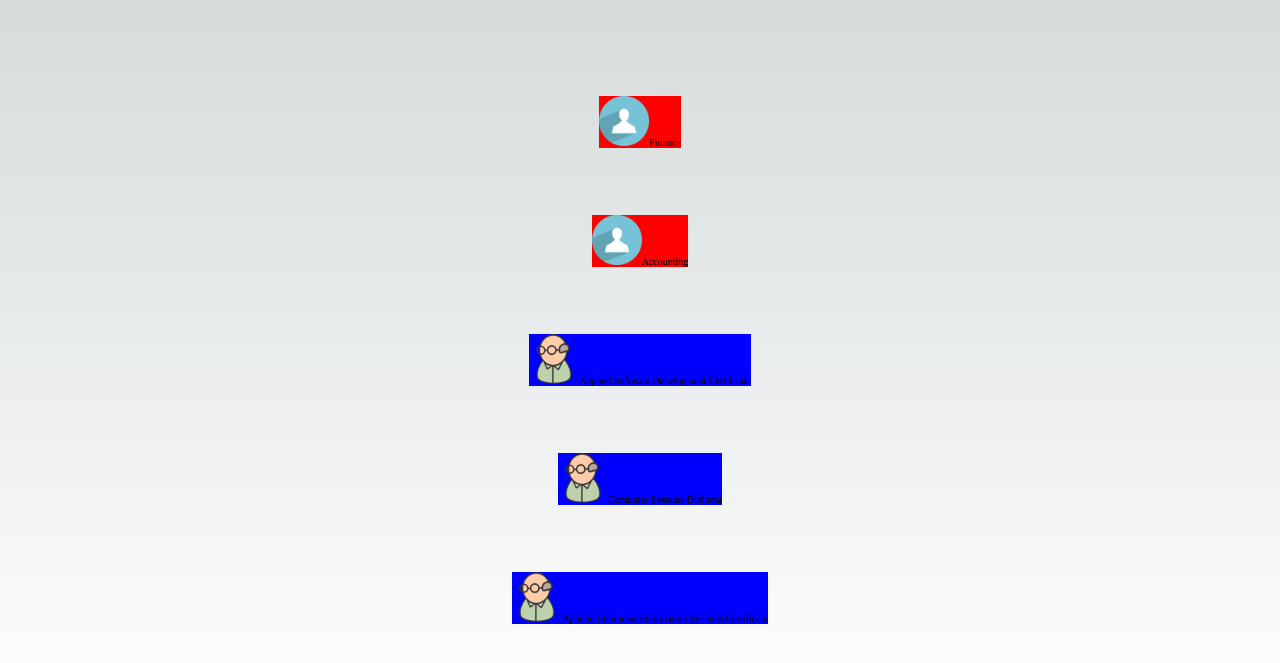
Repository: Aaron-Trippy/example-map-class-3
Page: /
These files come from the project's save history. The page is drawn as it stood at one moment and after the next save; the edit follows.
The browser window is 1280 px wide. The pictures show the whole page.
The project was rebuilt for these pictures with package versions that can differ from the ones it lists, and the page was loaded fresh each time. The framework's server and built-in components were replaced by stand-ins that run in the browser. Also part of the build but not shown: next.config.js.

Above is the page before, as saved 2023-01-19 15:30:30.

### pages/index.js
import Head from 'next/head'
import Image from 'next/image'
import { Inter } from '@next/font/google'
import styles from '../styles/Home.module.css'
import data from '../data/education.json'
import { useState } from 'react'
import Card from '../components/Card/index.js'
import Link from 'next/link'

const inter = Inter({ subsets: ['latin'] })

export default function Home() {

  console.log(data);
  const [information, setInformation] = useState([...data])

  return (
    <>
      <Head>
        <title>Create Next App</title>
        <meta name="description" content="Generated by create next app" />
        <meta name="viewport" content="width=device-width, initial-scale=1" />
        <link rel="icon" href="/favicon.ico" />
      </Head>
      <main className={styles.main}>
      {
        information && information.map((info, index) => {
          if(info.department.toLowerCase() === "business") {
          return(
            <Card key={index} degree={info.degree} color="red" font="10px"/>
          )
          }
        })
      }

      {
        information && information.map((info, index) => {
          if(info.department.toLowerCase() === "computing") {
          return(
            <Card key={index} degree={info.degree} color="blue" font="10px"/>
          )
          }
        })
      }

      </main>
    </>
  )
}

### data/education.json
[
        {
            "studentNumber": "A0004567",
            "firstName": "Person 1",
            "gpa": 3.8,
            "department": "Business",
            "degree": "Finance",
            "graduted": 2014
        },
        {
            "studentNumber": "A0001234",
            "firstName": "Person 2",
            "gpa": 3.5,
            "department": "Business",
            "degree": "Accounting",
            "graduted": 2010
        },
        {
            "studentNumber": "A0007890",
            "firstName": "Person 3",
            "gpa": 3.2,
            "department": "Computing",
            "degree": "Applied Software Development Certificate",
            "graduted": 2018
        },
        {
            "studentNumber": "A0007828",
            "firstName": "Person 4",
            "gpa": 3.9,
            "department": "Computing",
            "degree": "Computer Systems Diploma",
            "graduted": 2021
        },
        {
            "studentNumber": "A0003425",
            "firstName": "Person 5",
            "gpa": 3.2,
            "department": "Computing",
            "degree": "Applied Computer Information Systems Certificate",
            "graduted": 2021
        }
]

### components/Card/index.js
export default function Card({
    degree="none",
    color="purple",
    font="0",
    image="icon/personTwo.png"
}) {
    return(
        <div style={{backgroundColor: color, fontSize:font}}>
            {
                color==="red" ?     <img src={'icon/person.png'} width='50'/> :
                color==="blue" ?    <img src={'icon/personThree.png'} width='50'/> :
                                    <img src={image} width='50'/>
            }
            {degree}
        </div>
    )
}

Loaded but not shown: pages/_app.js (common file); pages/_document.js (common file); styles/globals.css (common file); styles/Home.module.css (common file)

After the next save:
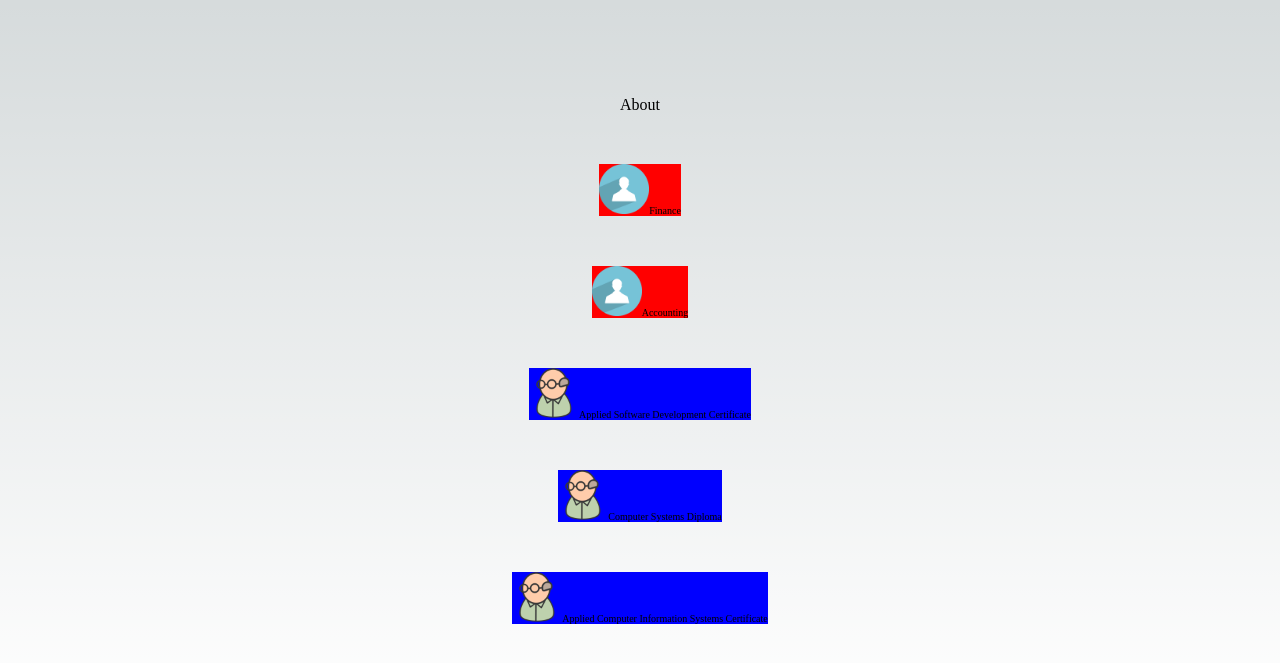
Saved 42 s later.
--- a/pages/index.js
+++ b/pages/index.js
@@ -23,6 +23,7 @@ export default function Home() {
         <link rel="icon" href="/favicon.ico" />
       </Head>
       <main className={styles.main}>
+        <Link href="about">About</Link>
       {
         information && information.map((info, index) => {
           if(info.department.toLowerCase() === "business") {
